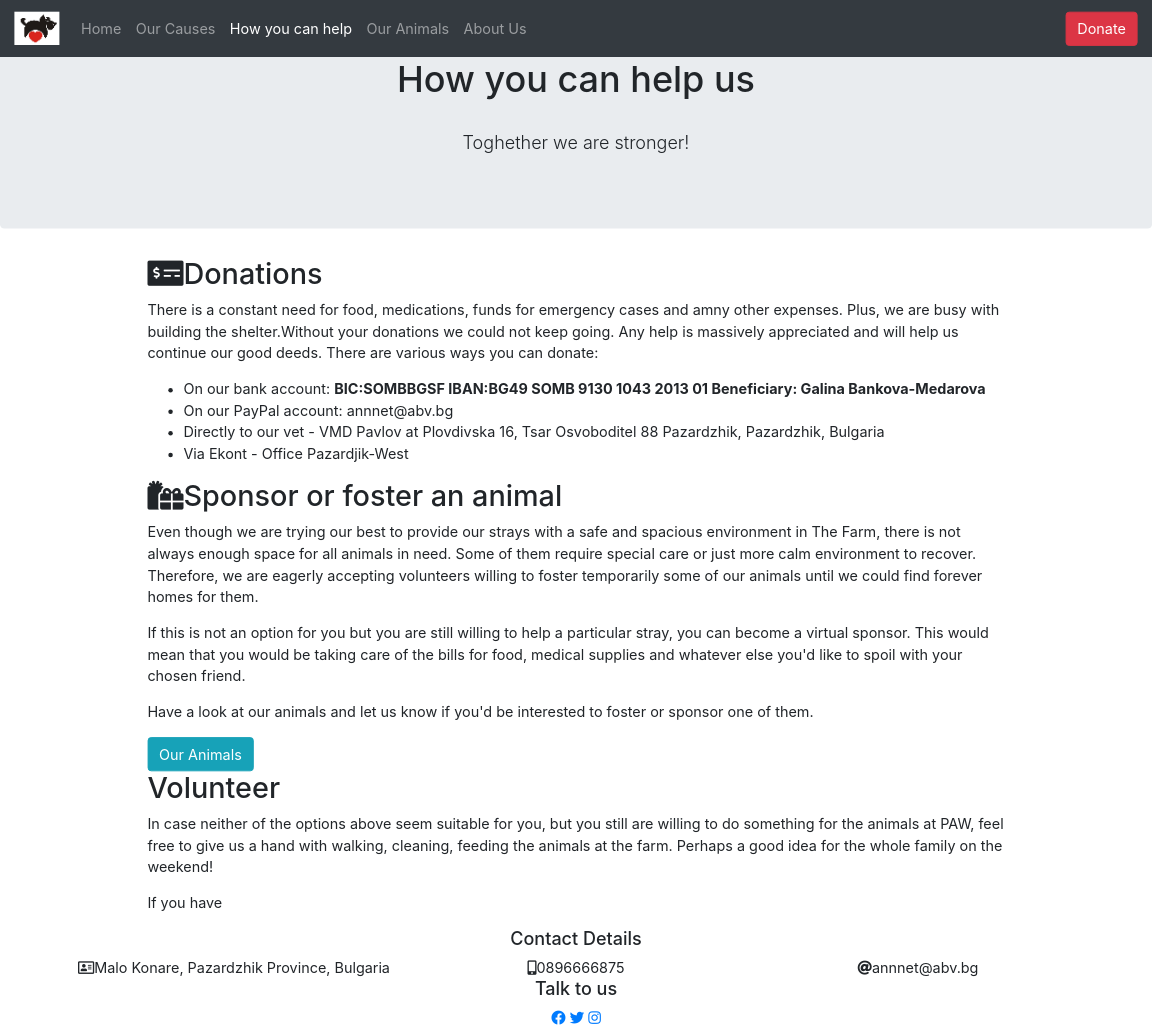
Repository: Naity17/PAW-first-website
Page: How-you-can-help.html
The author's editor kept a record of every edit. The page is drawn from the files as they stood at one moment, then again after the next edit.
The browser window is 1280 px wide. The page is 1295 px wide, so the pictures cover 1295 px, including what lies to the right of the window. The pictures show the whole page, at 90% of full size.
Some web libraries are served in a nearby version.

Above is the page before.
Console error: TypeError: Cannot read properties of undefined (reading 'fn')

### How-you-can-help.html
<!DOCTYPE html>
<html lang="en">

<head>
    <meta charset="UTF-8">
    <meta name="viewport" content="width=device-width, initial-scale=1.0">
    <meta http-equiv="X-UA-Compatible" content="ie=edge">
    <link rel="stylesheet" href="https://stackpath.bootstrapcdn.com/bootstrap/4.3.1/css/bootstrap.min.css" integrity="sha384-ggOyR0iXCbMQv3Xipma34MD+dH/1fQ784/j6cY/iJTQUOhcWr7x9JvoRxT2MZw1T" crossorigin="anonymous">
    <link rel="stylesheet" href="https://use.fontawesome.com/releases/v5.9.0/css/all.css" integrity="sha384-i1LQnF23gykqWXg6jxC2ZbCbUMxyw5gLZY6UiUS98LYV5unm8GWmfkIS6jqJfb4E" crossorigin="anonymous">
    <script src="https://stackpath.bootstrapcdn.com/bootstrap/4.3.1/js/bootstrap.min.js" integrity="sha384-JjSmVgyd0p3pXB1rRibZUAYoIIy6OrQ6VrjIEaFf/nJGzIxFDsf4x0xIM+B07jRM" crossorigin="anonymous"></script>
    <link rel="stylesheet" href="assets/css/style.css" type="text/css" />
    <title>PAW - Pazardjik Animal Welfare</title>
</head>

<body>
    <header>
        <!-- ---------------NavBar-------------- -->
        <nav class="navbar navbar-expand-md navbar-dark fixed-top bg-dark">
            <a class="navbar-brand" href="index.html">
                <img src="assets/images/general/logo.jpg">
            </a>
            <button class="navbar-toggler collapsed" type="button" data-toggle="collapse" data-target="#navbarCollapse" aria-controls="navbarCollapse" aria-expanded="false" aria-label="Toggle navigation">
              <span class="navbar-toggler-icon"></span>
            </button>
            <div class="navbar-collapse collapse" id="navbarCollapse" style="">
                <ul class="navbar-nav mr-auto">
                    <li class="nav-item">
                        <a class="nav-link" href="#">Home</a>
                    </li>
                    <li class="nav-item">
                        <a class="nav-link" href="#">Our Causes</a>
                    </li>
                    <li class="nav-item active">
                        <a class="nav-link" href="#">How you can help<span class="sr-only">(current)</span></a>
                    </li>
                    <li class="nav-item">
                        <a class="nav-link" href="#">Our Animals</a>
                    </li>
                    <li class="nav-item">
                        <a class="nav-link" href="#">About Us</a>
                    </li>
                </ul>
                <button class="btn btn-danger navbar-btn">Donate</button>
            </div>
        </nav>
        <!-- ---------------End of NavBar-------------- -->
    </header>

    <!-- ---------------Jumbotron-------------- -->
    <section id="how-you-can-help">
        <main role="main">
            <section>
                <div class="jumbotron text-center">
                    <div class="contaier-fluid">
                        <h1 class="uppercase">How you can help us</h1>
                        <br>
                        <p class="lead">Toghether we are stronger!</p>
                    </div>
                </div>
            </section>
            <!-- ---------------End of Jumbotron-------------- -->

            <!-- --------------Who are we-------------- -->
            <section id="donations">
                <div class="row">
                    <div class="col"></div>
                    <div class="col-9">
                        <h2><i class="fas fa-money-check-alt"></i>Donations</h2>
                        <p>There is a constant need for food, medications, funds for emergency cases and amny other expenses. Plus, we are busy with building the shelter.Without your donations we could not keep going. Any help is massively appreciated and will help us continue our good deeds. There are various ways you can donate:</p>
                        <ul>
                            <li>On our bank account: <strong>BIC:SOMBBGSF IBAN:BG49 SOMB 9130 1043 2013 01 Beneficiary: Galina Bankova-Medarova</strong></li>
                            <li>On our PayPal account: annnet@abv.bg</li>
                            <li>Directly to our vet - VMD Pavlov at Plovdivska 16, Tsar Osvoboditel 88 Pazardzhik, Pazardzhik, Bulgaria</li>
                            <li>Via Ekont - Office Pazardjik-West</li>
                        </ul>
                    </div>
                    <div class="col"></div>
                </div>
            </section>
            <section id="neuter-cause">
                <div class="row">
                    <div class="col"></div>
                    <div class="col-9">
                        <h2><i class="fas fa-gifts"></i>Sponsor or foster an animal</h2>
                        <p>Even though we are trying our best to provide our strays with a safe and spacious environment in The Farm, there is not always enough space for all animals in need. Some of them require special care or just more calm environment to recover. Therefore, we are eagerly accepting volunteers willing to foster temporarily some of our animals until we could find forever homes for them.</p>
                        <p>If this is not an option for you but you are still willing to help a particular stray, you can become a virtual sponsor. This would mean that you would be taking care of the bills for food, medical supplies and whatever else you'd like to spoil with your chosen friend.</p>
                        <p>Have a look at our animals and let us know if you'd be interested to foster or sponsor one of them.</p>
                        <a href="Our-Animals.html" class="btn btn-info" role="button">Our Animals</a>
                    </div>
                    <div class="col"></div>
                </div>
            </section>
            <section id="volunteer">
                <div class="row">
                    <div class="col"></div>
                    <div class="col-9">
                        <h2>Volunteer</h2>
                        <p>In case neither of the options above seem suitable for you, but you still are willing to do something for the animals at PAW, feel free to give us a hand with walking, cleaning, feeding the animals at the farm. Perhaps a good idea for the whole family on the weekend!</p>

                        <p>If you have </p>
                    </div>
                    <div class="col"></div>
                </div>
            </section>
        </main>
    </section>
    <footer class="container text-center footer-details">
        <div class="row">
            <div class="col-12">
                <h5>Contact Details</h5>
            </div>
        </div>
        <div id="contact-details-items" class="row ">
            <div class="col-4 address-item">
                <i class="far fa-address-card"></i>Malo Konare, Pazardzhik Province, Bulgaria
            </div>
            <div class="col-4 phone-number-item">
                <i class="fas fa-mobile-alt"></i>0896666875
            </div>
            <div class="col-4 email-item">
                <i class="fas fa-at"></i>annnet@abv.bg
            </div>
        </div>
        <div class="row" id="social-details">
            <div class="col-xs-12 col-sm-12 icons">
                <h5 class="uppercase general-sub">Talk to us</h5>
                <a href="https://www.facebook.com/PAW-Pazardjik-Animal-Welfare-134643483313391/" target="_blank"><i class="fab fa-facebook alignment"></i></a>
                <a href="https://twitter.com/ralito17?lang=en" target="_blank"><i class="fab fa-twitter alignment"></i></a>
                <a href="https://www.instagram.com/?hl=en" target="_blank"><i class="fab fa-instagram alignment"></i></a>
            </div>
        </div>
    </footer>
    <script src="https://code.jquery.com/jquery-3.3.1.slim.min.js" integrity="sha384-q8i/X+965DzO0rT7abK41JStQIAqVgRVzpbzo5smXKp4YfRvH+8abtTE1Pi6jizo" crossorigin="anonymous"></script>
    <script src="https://cdnjs.cloudflare.com/ajax/libs/popper.js/1.14.7/umd/popper.min.js" integrity="sha384-UO2eT0CpHqdSJQ6hJty5KVphtPhzWj9WO1clHTMGa3JDZwrnQq4sF86dIHNDz0W1" crossorigin="anonymous"></script>
    <script src="https://stackpath.bootstrapcdn.com/bootstrap/4.3.1/js/bootstrap.min.js" integrity="sha384-JjSmVgyd0p3pXB1rRibZUAYoIIy6OrQ6VrjIEaFf/nJGzIxFDsf4x0xIM+B07jRM" crossorigin="anonymous"></script>
</body>

</html>

Loaded but not shown: assets/css/style.css (no copy from this time; the picture is the same without it)

After the next edit:
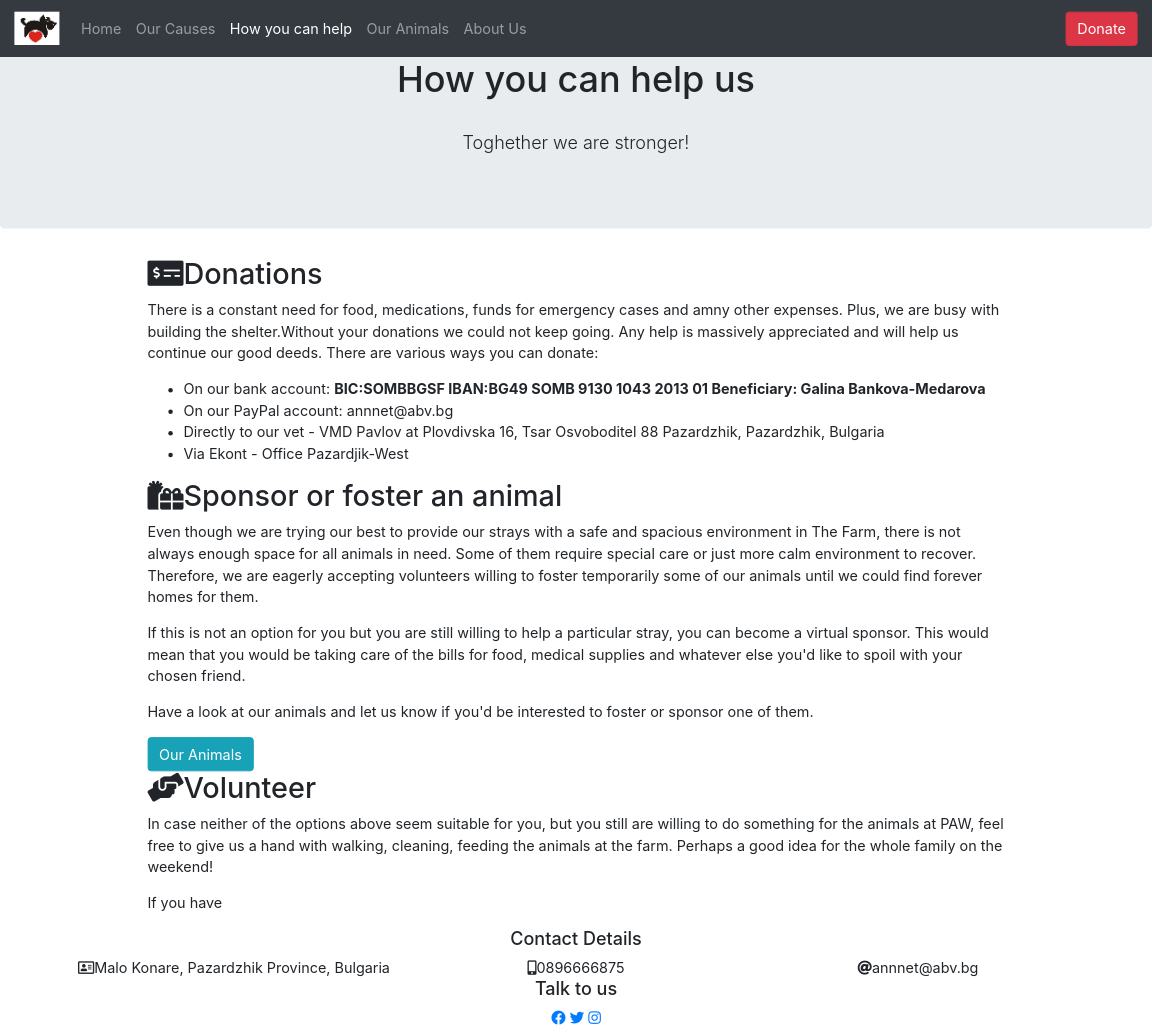
The edit:
--- a/How-you-can-help.html
+++ b/How-you-can-help.html
@@ -94,7 +94,7 @@
                 <div class="row">
                     <div class="col"></div>
                     <div class="col-9">
-                        <h2>Volunteer</h2>
+                        <h2><i class="fas fa-hands-helping"></i>Volunteer</h2>
                         <p>In case neither of the options above seem suitable for you, but you still are willing to do something for the animals at PAW, feel free to give us a hand with walking, cleaning, feeding the animals at the farm. Perhaps a good idea for the whole family on the weekend!</p>
 
                         <p>If you have </p>
